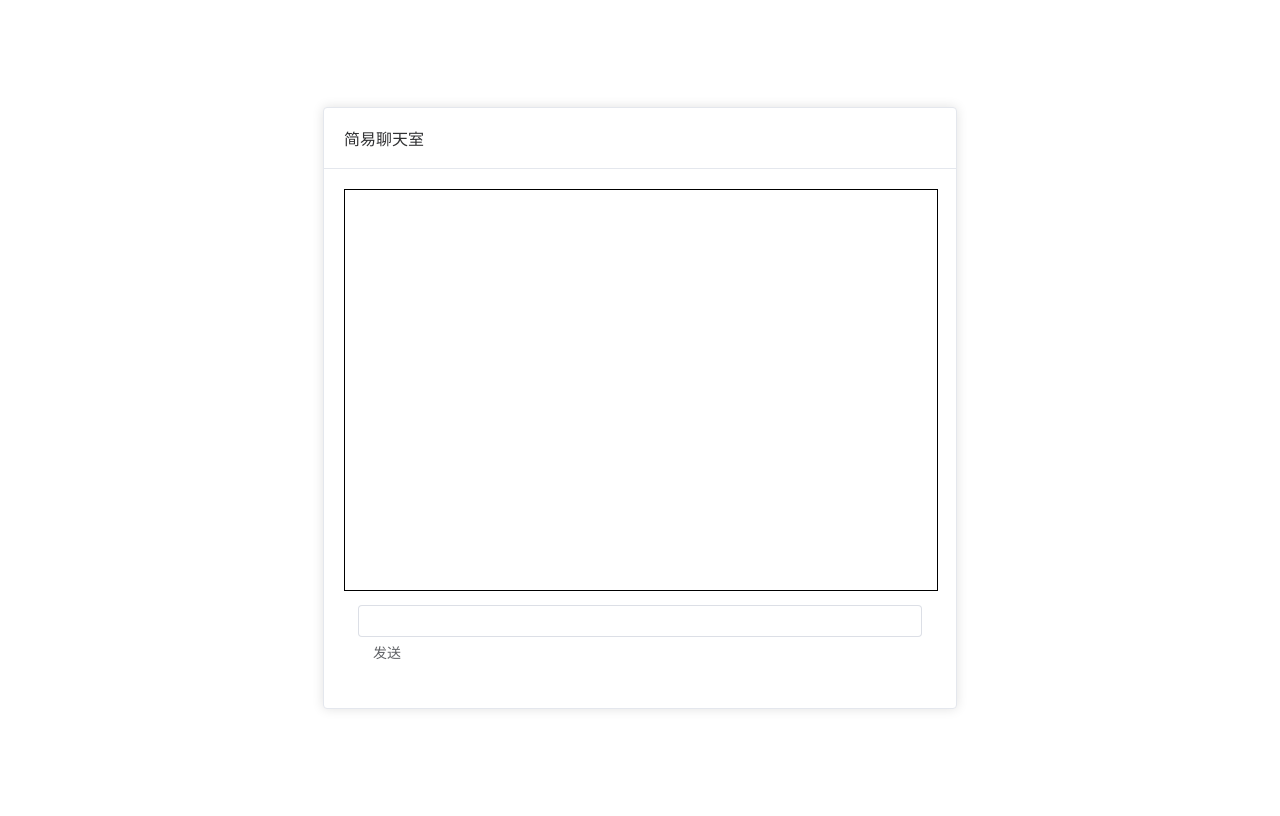
Repository: qs991/Elephant
Page: / (app in WebSocketApI/Web/websocketroom/)
The author's editor kept a copy of each file at every save. The page is drawn from the files as they stood at one save, then again after the next save.
The browser window is 1280 px wide. The pictures show the whole page.
The page's requests for data from a server got no answer. The project was rebuilt for these pictures with package versions that can differ from the ones it lists, and the page was loaded fresh each time. No one was signed in, and anything a server would have sent is missing. Also part of the build but not shown: WebSocketApI/Web/websocketroom/vite.config.js.

Above is the page before, as saved 2023-08-25 15:34:45.

### WebSocketApI/Web/websocketroom/src/App.vue
<template>
  <div class="mainDiv">
    <el-card class="box-card">
      <template #header>
        <div class="card-header">
          <span>简易聊天室</span>
        </div>
      </template>
      <div class="messageTxt"></div>
      <div style="padding: 14px">
        <div class="bottom">
          <el-input />
          <el-button text class="button">发送</el-button>
        </div>
      </div>
    </el-card>
  </div>
</template>
<script setup>
const server = "ws://localhost:5137";
const WEB_SOCKET = new WebSocket(server + "/ws");
WEB_SOCKET.onopen = (evt) => {
  console.log("Connection open ...");
  $("#msgList").val("websocket connection opened .");
};
</script>
<style>
.text {
  font-size: 14px;
}

.item {
  margin-bottom: 18px;
}

.box-card {
  width: 50%;
  height: 600px;
}
.mainDiv {
  width: 100%;
  height: 800px;
  display: flex;
  align-items: center;
  justify-content: center;
}
.messageTxt {
  width: 100%;
  height: 400px;
  border: 1px solid black;
}
</style>

Loaded but not shown: WebSocketApI/Web/websocketroom/index.html (common file); WebSocketApI/Web/websocketroom/src/main.js (common file)

After the next save:
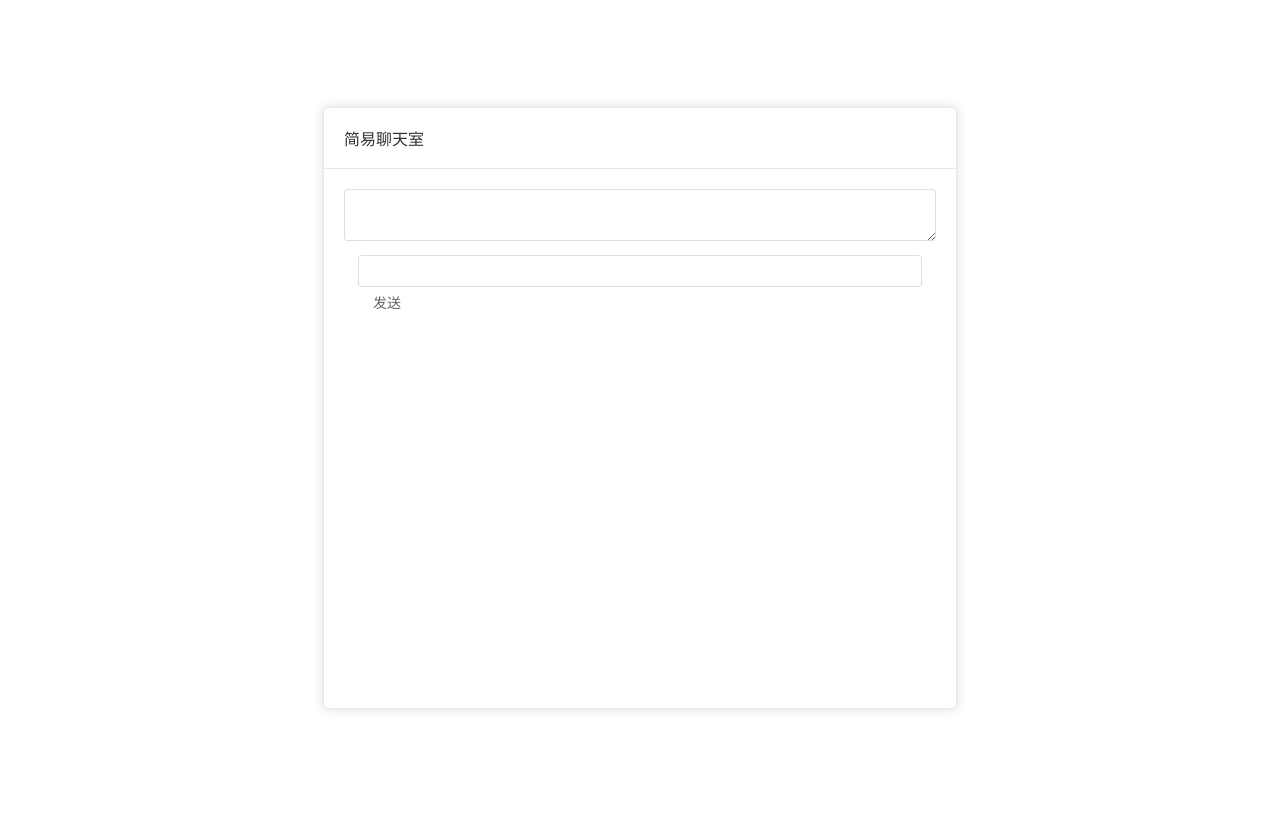
Saved 50 s later.
--- a/WebSocketApI/Web/websocketroom/src/App.vue
+++ b/WebSocketApI/Web/websocketroom/src/App.vue
@@ -6,7 +6,7 @@
           <span>简易聊天室</span>
         </div>
       </template>
-      <div class="messageTxt"></div>
+      <el-input class="messageTxt" type="textarea" />
       <div style="padding: 14px">
         <div class="bottom">
           <el-input />
@@ -17,12 +17,6 @@
   </div>
 </template>
 <script setup>
-const server = "ws://localhost:5137";
-const WEB_SOCKET = new WebSocket(server + "/ws");
-WEB_SOCKET.onopen = (evt) => {
-  console.log("Connection open ...");
-  $("#msgList").val("websocket connection opened .");
-};
 </script>
 <style>
 .text {
@@ -45,8 +39,6 @@ WEB_SOCKET.onopen = (evt) => {
   justify-content: center;
 }
 .messageTxt {
-  width: 100%;
-  height: 400px;
-  border: 1px solid black;
+  height: 80%;
 }
 </style>
